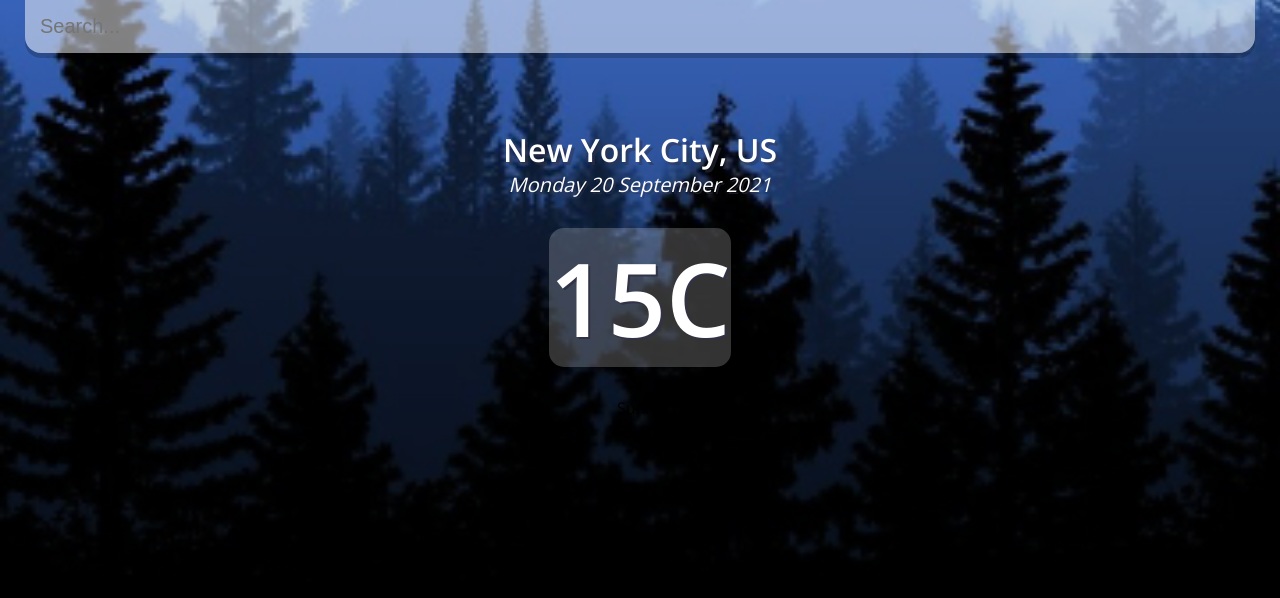
Repository: kate30980/weather-app-reactjs
Page: /
These files come from the project's save history. The page is drawn as it stood at one moment and after the next save; the edit follows.
The browser window is 1280 px wide. The pictures show the whole page.
The project was rebuilt for these pictures with package versions that can differ from the ones it lists, and the page was loaded fresh each time. Also part of the build but not shown: src/App.css.

Above is the page before, as saved 2021-09-20 15:38:00.

### src/index.css
@import url('https://fonts.googleapis.com/css2?family=Open+Sans:wght@400;600;900&display=swap');
*{
  margin: 0;
  padding: 0;
  box-sizing: border-box;
}
body{
  font-family: 'Open Sans', sans-serif;
}
.app{
  background-image: url('./assets/cold-bg.jpg');
  background-size: cover;background-position: bottom;
  transition: 0.4 ease-out;
}
.app.warm{
  background-image: url('./assets/warm-bg.jpg');
}

main{
  min-height:100vh;
  background-image:linear-gradient(to bottom,rgba(0,0,0,0.2), rgba(0,0,0,0.75));
  padding:25px;
}
.search-box{
  width: 100%;
  margin: 0 0 75px;
}
.search-box .search-bar{
  display: block;
  width: 100%;
  padding: 15px;


  appearance: none;
  background: none;
  border:none;
  outline: none;

  background-color:rgba(255,255,255,0.5);
  border-radius: 0px 0px 16px 16px;
  margin-top: -25px;

  box-shadow: 0px 5px rgba(0,0,0,0.2);

  color: #313131;font-size: 20px;
  transition: 0.4s ease;
}

.search-box .search-bar:focus{
  background-color: rgba(255,255,255,0.75);
}

.location-box .location{
  color: #fff;
  font-size: 32px;
  font-weight: 600;
  text-align: center;
  text-shadow: 3px 3px rgba(50,50,70,0.5);
}
.location-box .date{
  color: #fff;
  font-size: 20px;
  font-weight: 400;
  font-style: italic;
  text-align: center;
  text-shadow: 2px 2px rgba(50,50,70,0.5);
}

.weather-box{
  text-align: center;
}
.weather-box .temp{
  position: relative;
  display: inline-block;
  margin: 30px auto;
  background-color: rgba(255,255,255,0.2);
  border-radius: 15px;

  color: #fff;
  font-size: 102px;
  font-weight: 900;

  text-align: center;
  text-shadow: 2px 2px rgba(50,50,70)
}

### src/App.js
import "./App.css";

const api = {
  key: "0b4b084c05f00dbbb02cf63625716327",
  base: "https://api.openweathermap.org/data/2.5/",
};

function App() {
  const dateBuilder = (d) => {
    let months = [
      "January",
      "February",
      "March",
      "April",
      "May",
      "June",
      "July",
      "August",
      "September",
      "October",
      "November",
      "December",
    ];
    let days = [
      "Sunday",
      "Monday",
      "Tuesday",
      "Wednesday",
      "Thursday",
      "Friday",
      "Saturday",
    ];

    let day = days[d.getDay()];
    let date = d.getDate();
    let month = months[d.getMonth()];
    let year = d.getFullYear();
    return `${day} ${date} ${month} ${year}`;
  };
  return (
    <div className="app">
      <main>
        <div className="search-box">
          <input type="text" className="search-bar" placeholder="Search..." />
        </div>
        <div className="location-box">
          <div className="location">New York City, US</div>
          <div className="date">{dateBuilder(new Date())}</div>
        </div>
        <div className="weather-box">
          <div className="temp">15C</div>
          <div className="weather">Sunny</div>
        </div>
      </main>
    </div>
  );
}

export default App;

Loaded but not shown: public/index.html (common file); src/index.js (common file); src/reportWebVitals.js (common file)

After the next save:
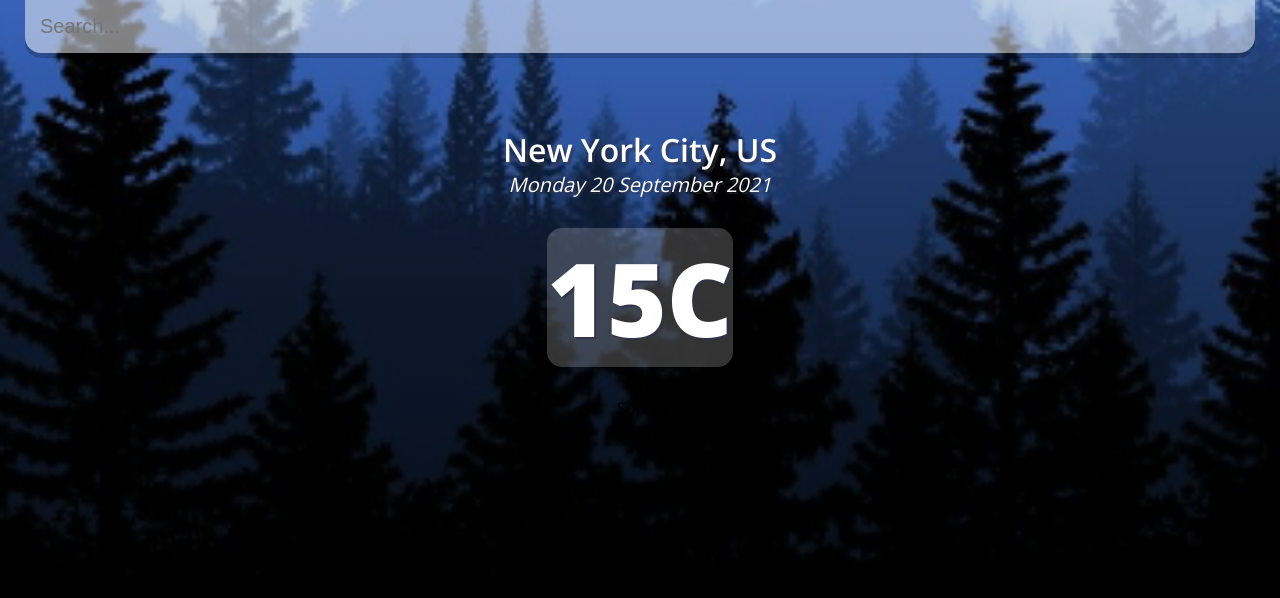
Saved 16 s later.
--- a/src/index.css
+++ b/src/index.css
@@ -1,4 +1,4 @@
-@import url('https://fonts.googleapis.com/css2?family=Open+Sans:wght@400;600;900&display=swap');
+@import url('https://fonts.googleapis.com/css2?family=Open+Sans:wght@400;600;800&display=swap');
 *{
   margin: 0;
   padding: 0;
